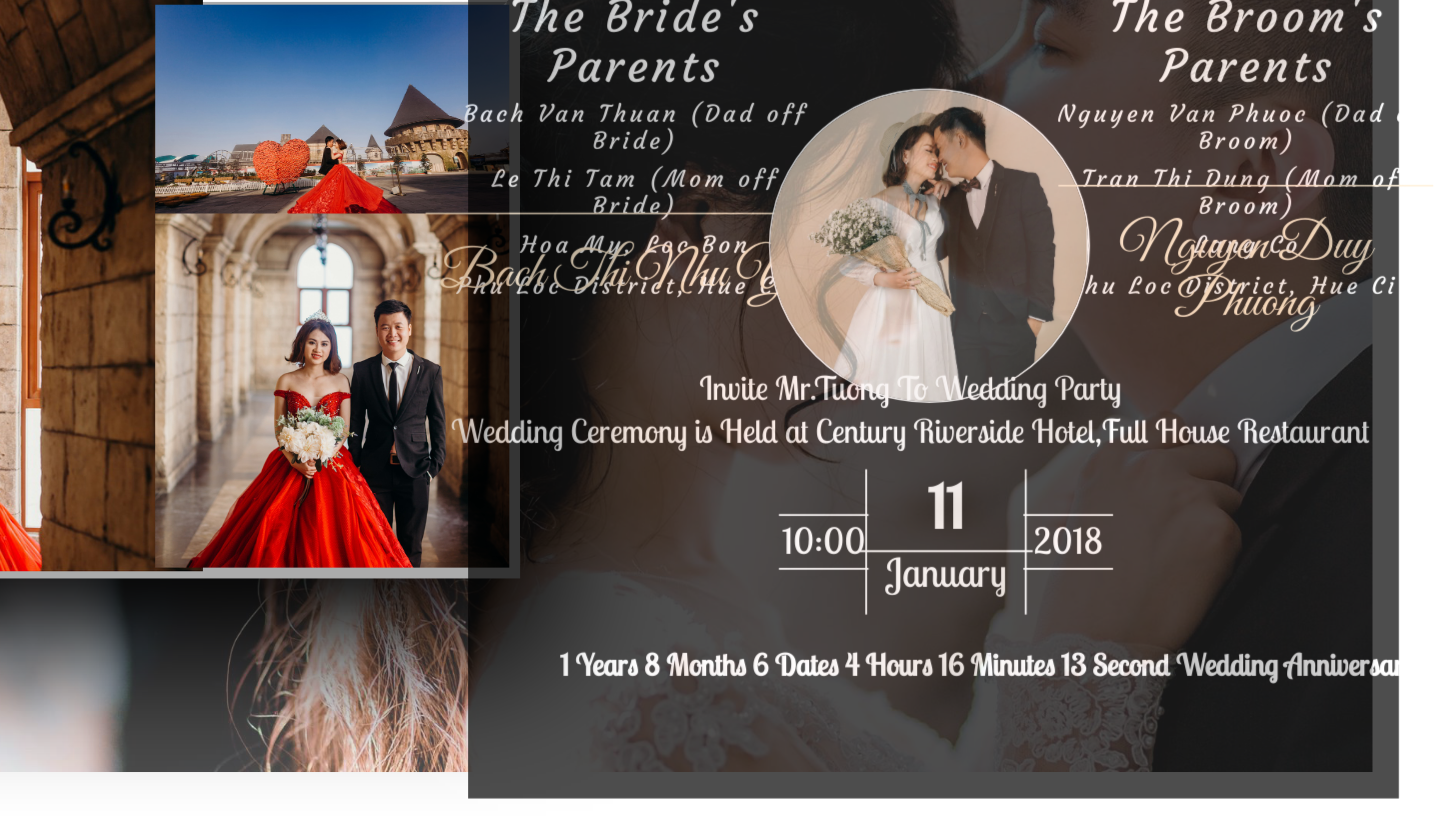
Repository: nguyenhuutuong999/WeddingOfSister
Page: index.html
An editor plug-in stored every save of this project. The page is shown before and after the next save, followed by the edit.
The browser window is 1280 px wide. The page is 1577 px wide, then 1280 px, so the pictures cover 1577 px, including what lies to the right of the window. The pictures show the whole page, at 92% of full size.
Some web fonts or font styles are not loaded; a fallback is used.

Above is the page before, as saved 2019-09-21 09:19:40.

### index.html
<!doctype html>
<html>

<head>
    <meta charset="utf-8">
    <meta name="viewport" content="width=device-width, initial-scale=1">
    <title>Wedding</title>

    <!-- Latest compiled and minified CSS & JS -->

    <link rel="stylesheet" href="./style.css">


    <!-- Latest compiled and minified CSS & JS -->
    <link rel="stylesheet" media="screen" href="//netdna.bootstrapcdn.com/bootstrap/3.3.4/css/bootstrap.min.css">
    <script src="//code.jquery.com/jquery.js"></script>
    <script src="//netdna.bootstrapcdn.com/bootstrap/3.3.4/js/bootstrap.min.js"></script>

    <link rel="stylesheet" href="./animate.css">
    <script type="text/javascript" src="./wow.min.js"></script>
    <script>
        new WOW().init();
    </script>

</head>


<body>
    <div id="container">
        <div id="opacity-background"></div>

        <div id="album">
            <img id="vh" name="image_vh" src="./images/vh1.jpg" class="wow fadeInLeft" data-wow-duration="1s">
            <img id="hh" name="image_hh" src="./images/hh1.jpg" class="wow fadeInRight" data-wow-duration="1s">
            <img id="s" name="image_s" src="./images/s1.jpg" class="wow fadeInUp" data-wow-duration="1s">
        </div>
        <div id="content">
            <h1 id="invite">INTIVE</h1>
            <h2 id="happy">Happy Wedding</h2>
            <div id="infor">
                <div id="bride" class="wedding">
                    <!-- // <label>Le Thi Thanh Ngan</label> -->
                    <h3>The Bride's Parents</h3>
                    <p>Bach Van Thuan (Dad off Bride)</p>
                    <p>Le Thi Tam (Mom off Bride)</p>
                    <p>Hoa My, Loc Bon</p>
                    <p>Phu Loc District, Hue City</p>

                </div>
                <div id="broom" class="wedding">
                    <!--  -->
                    <h3>The Broom's Parents</h3>
                    <p>Nguyen Van Phuoc (Dad off Broom)</p>
                    <p>Tran Thi Dung (Mom off Broom)</p>
                    <p>Lang Co</p>
                    <p>Phu Loc District, Hue City</p>

                </div>
                <!-- <canvas id="myCanvas" width="470" height="300"></canvas> -->

            </div>
            <div id="colorful">
                <h2 style="margin-left: 0px;" class="name">Bach Thi Nhu Y</h2>
                <img id="radius" src="./images/s1.jpg"  />
                <h2 style="margin-left: 0px;" class="name">Nguyen Duy Phuong</h2>
            </div>
            <div id="desc">
                <div style="color: white; position: relative; margin-top: 44%;">Invite Mr.Tuong To Wedding Party</div>
                <div id="place">Wedding Ceremony is Held at Century Riverside Hotel,Full House Restaurant</div>
                <div id="time">
                    <div id="hour" class="border1">10:00</div>
                    <div id="day-month">
                        <div id="day">11</div>
                        <div id="month">January</div>
                    </div>
                    <div id="year" class="border1">2018</div>
                </div>

            </div>
            <p id="countDown"></p>
        </div>

</body>

</html>
<script type="text/javascript">
    window.onload = function () {

        setTimeout("switchImageVH()", 5000);
        setTimeout("switchImageS()", 5000);
        setTimeout("switchImageHH()", 5000);
    }
    var current_vh = 1;
    var current_s = 1;
    var current_hh = 1;
    var num_image = 7;

    function switchImageVH() {
        current_vh++;
        document.images['image_vh'].src = './images/vh' + current_vh + '.jpg';

        if (current_vh < num_image) {
            setTimeout("switchImageVH()", 5000);

        } else if (current_vh == num_image) {

            current_vh = 1;
            setTimeout("switchImageVH()", 5000);
        }


    }
    function switchImageS() {
        current_s++;
        document.images['image_s'].src = './images/s' + current_s + '.jpg';

        if (current_s < num_image) {
            setTimeout("switchImageS()", 5000);

        } else if (current_s == num_image) {
            current_s = 1;
            setTimeout("switchImageS()", 5000);
        }
    }
    function switchImageHH() {
        current_hh++;
        document.images['image_hh'].src = './images/hh' + current_hh + '.jpg';

        if (current_hh < num_image) {
            setTimeout("switchImageHH()", 5000);

        } else if (current_hh == num_image) {
            current_hh = 1;
            setTimeout("switchImageHH()", 5000);
        }
    }

    var dateWedding = {
        year: 2018,
        month: 1,
        date: 11,
        hour: 9,
        minutes: 59,
        second: 59,
    }
    var dateAnniver = {
        year: 2018,
        month: 1,
        date: 11,
        hour: 24,
        minutes: 00,
        second: 00,
    }

    setInterval(function () {
        var today = new Date();

        // will be organization
        if (today.getFullYear() - dateWedding.year < 0) {
            if (today.getMonth() + 1 - dateWedding.month >= 0) {
                if (today.getDate() - dateWedding.date >= 0) {
                    var date = (today.getFullYear() - dateWedding.year + 1) + " Years " + (12 - (today.getMonth() + 1 - dateWedding.month) - 1) + " Months " + (30 - (today.getDate() - dateWedding.date)) + " Dates " + Math.abs((dateWedding.hour - today.getHours())) + " Hours " + Math.abs((today.getMinutes() - dateWedding.minutes)) + " Minutes " + (Math.abs(today.getSeconds() - dateWedding.second) + "Will be Organization");

                }
                else {
                    var date = ((today.getFullYear() - dateWedding.year + 1)) + " Years " + (12 - (today.getMonth() + 1 - dateWedding.month)) + " Months " + Math.abs((today.getDate() - dateWedding.date)) + " Dates " + Math.abs((dateWedding.hour - today.getHours())) + " Hours " + Math.abs((today.getMinutes() - dateWedding.minutes)) + " Minutes " + (Math.abs(today.getSeconds() - dateWedding.second) + " Will be Organization");

                }
            }
        }
        // anniversary
        if (today.getFullYear() - dateAnniver.year > 0) {
            if (today.getMonth() + 1 - dateAnniver.month >= 0) {
                if (today.getDate() - dateAnniver.date >= 0) {
                    var date = (today.getFullYear() - dateAnniver.year) + " Years " + (today.getMonth() + 1 - dateAnniver.month) + " Months " + (today.getDate() - dateAnniver.date) + " Dates " + (dateAnniver.hour - today.getHours()) + " Hours " + (today.getMinutes() - dateAnniver.minutes) + " Minutes " + (today.getSeconds() - dateAnniver.second + " Second Wedding Anniversary");

                } else {
                    var date = ((today.getFullYear() - dateAnniver.year)) + " Years " + (today.getMonth() - dateAnniver.month) + " Months " + (30 + today.getDate() - dateAnniver.date) + " Dates " + (dateAnniver.hour - today.getHours()) + " Hours " + (today.getMinutes() - dateAnniver.minutes) + " Minutes " + (today.getSeconds() - dateAnniver.second + " Second Wedding Anniversary");
                }
            }

            else if (today.getMonth() + 1 - dateAnniver.month < 0) {
                if (today.getDate() - dateAnniver.date < 0) {

                    var date = ((today.getFullYear() - dateAnniver.year) - 1) + " Years " + (12 + (today.getMonth() - dateAnniver.month)) + " Months " + (30 + today.getDate() - dateAnniver.date) + " Dates " + (dateAnniver.hour - today.getHours()) + " Hours " + (today.getMinutes() - dateAnniver.minutes) + " Minutes " + (today.getSeconds() - dateAnniver.second + " Second Wedding Anniversary");

                }
                else {
                    var date = ((today.getFullYear() - dateAnniver.year) - 1) + " Years " + (12 + (today.getMonth() - dateAnniver.month + 1)) + " Months " + (today.getDate() - dateAnniver.date) + " Dates " + (dateAnniver.hour - today.getHours()) + " Hours " + (today.getMinutes() - dateAnniver.minutes) + " Minutes " + (today.getSeconds() - dateAnniver.second + " Second Wedding Anniversary");
                    console.log("a")
                }
            }
        }

        if (today.getFullYear() - dateAnniver.year === 0) {
            if (today.getMonth() + 1 - dateAnniver.month >= 0) {
                if (today.getDate() - dateAnniver.date >= 0) {
                    var date = (today.getMonth() + 1 - dateAnniver.month) + " Months " + (today.getDate() - dateAnniver.date) + " Dates " + (dateAnniver.hour - today.getHours()) + " Hours " + (today.getMinutes() - dateAnniver.minutes) + " Minutes " + (today.getSeconds() - dateAnniver.second + " Second Wedding Anniversary");

                } else {

                    var date =(today.getMonth() - dateAnniver.month) + " Months " + (30 + today.getDate() - dateAnniver.date) + " Dates " + (dateAnniver.hour - today.getHours()) + " Hours " + (today.getMinutes() - dateAnniver.minutes) + " Minutes " + (today.getSeconds() - dateAnniver.second + " Second Wedding Anniversary");
                }
            }
            else if (today.getMonth() + 1 - dateAnniver.month < 0) {
                if (today.getDate() - dateAnniver.date < 0) {
                    var date =(Math.abs((today.getMonth()+1 - dateAnniver.month))) + " Months " + Math.abs((today.getDate() - dateAnniver.date)) + " Dates " + (dateAnniver.hour - today.getHours()) + " Hours " + (today.getMinutes() - dateAnniver.minutes) + " Minutes " + (today.getSeconds() - dateAnniver.second + " Will be Organization");
                }
                else {
                    var date =(Math.abs((today.getMonth()+1 - dateAnniver.month)))-1 + " Months " + (30-(today.getDate() - dateAnniver.date)) + " Dates " + (dateAnniver.hour - today.getHours()) + " Hours " + (today.getMinutes() - dateAnniver.minutes) + " Minutes " + (today.getSeconds() - dateAnniver.second + " Will be Organization");
                    console.log("a")
                }
            }
        }

        document.getElementById("countDown").innerHTML = date;
    }, 1000);



    // var canvas = document.getElementById('myCanvas');
    // var context = canvas.getContext('2d');

    // // Xác đinh tâm là trọng tâm của Canvas
    // var x = canvas.width / 2;
    // var y = canvas.height / 2;

    // // bán kính 75px
    // var radius = 130;

    // // Góc bắt đầu là 1.1PI
    // var startAngle = 1.1 * Math.PI;

    // // Góc kết thúc là 1.9PI
    // var endAngle = 1.9 * Math.PI;

    // // Cùng chiều kim đồng hồ
    // var counterClockwise = false;

    // // Vẽ đường cung
    // context.beginPath();
    // context.arc(x, y, radius, startAngle, endAngle, counterClockwise);
    // context.lineWidth = 1.5;

    // // line color
    // context.strokeStyle = 'blanchedalmond';
    // context.stroke();


</script>

### style.css
@import url('https://fonts.googleapis.com/css?family=Great+Vibes&display=swap');
@import url('https://fonts.googleapis.com/css?family=Cookie&display=swap');
@import url('https://fonts.googleapis.com/css?family=Courgette&display=swap');
@import url('https://fonts.googleapis.com/css?family=Berkshire+Swash|Great+Vibes&display=swap');
@import url('https://fonts.googleapis.com/css?family=Lobster+Two&display=swap');
body,html{
    top:0;
    margin: 0;
    padding: 0;
    font-family: Impact, Haettenschweiler, 'Arial Narrow Bold', sans-serif;
    width: 100%;
    height: 100%;
}
* {
    transform: scale(1.1, 1.1)
    }
#container{
    display: flex;
    background-image: url("./images/wedding6.jpg.png");
    background-repeat: repeat;
    background-size: cover;
    width: 100%;
    height: 100%;
    position: relative;
}
#opacity-background{

    position: absolute;
    top: 0;
    left: 0;
    width: 100%;
    height: 100%;
    background:white;
    opacity: 0.3;

}

#content{

    position: relative;
    background: rgb(0, 0, 0);
    opacity: 0.7;
    width: 59%;
    float: left;
    margin: 1% 1% 1% 45%;

}
#album {
    margin: 8% 1.5% 0 1.5%;
    width: 42%;
    position: absolute;
    box-shadow: 10px 50px 100px 10px black;
    border: 20px ridge #ffffff;
}

#vh{
    width: 54%;
    position: absolute;

}
#hh{
    width: 48%;
    margin-left: 52%;

}
#s{
    width: 48%;
    margin-left: 52%;

}


#invite{
    font-family: 'Berkshire Swash', cursive;
    color: pink;
    text-align: center;
    font-size: 40px;
    margin-top: 1%;
}
#happy{
    font-family: 'Berkshire Swash', cursive;
    color: pink;
    text-align: center;
    margin-top: 1%;
}
#infor{
    color: white;
    font-family: 'Courgette', cursive;
    font-size: 13px;
    display: flex;
    position: absolute;
    padding: 2% 4%;
    width: 100%;
}
.wedding{
    width: calc(100%/2);
    letter-spacing: 2px;
    text-align: center;
    line-height: 15px;
    margin-top: -20px
}
.wedding h3{
    font-size: 25px;
}
#colorful{
    color: white;
    font-family: 'Great Vibes', cursive;
    display: flex;
    margin-top: 0px;
    position: absolute;
    text-align: center;
    width: 95%;
    align-items: center;
    margin-top: 12%;
    margin-left: 2%;

}
.name{
    border-style: solid;
    border-width: 1px 0 0 0;
    padding:  20px 0;
    margin-top: 50px;
    color: blanchedalmond;
    width: 35%;
    font-size: 32px;
}
#radius{
    border-radius: 100%;
    border: solid 1.5px white;
    width: 30%;
}

#desc{
    position: relative;
    color: white;
    font-family: 'Lobster Two', cursive;
    font-size: 20px;
    margin-top: 00%;
    text-align: center;
    width: 95%;
}



#time{
    display: flex;
    position: relative;
    width: 40%;
    margin-left: 38%;
}
#hour{
    margin: 45px 5px;
}

#year{

    margin: 45px 5px;
}
.border1{
    border-style: solid;
    border-width: 0.1px 0;
    width: 50px;
}
#day-month{
    border-style: solid;
    border-width: 0 1.5px;
    width: 90px;
    margin: 20px 0;
}
#day{
    border-style: solid;
    border-width: 0 0 1px 0;
    width: 100%;

    font-size: 30px;
    font-weight: bold;
}
/* #myCanvas{
    position: absolute;
    margin-top: 110px;
    margin-left: 185px;


} */

#bride{
    margin-left: 10px;
}
#broom{
    margin-left: 200px;
}
#countDown{
    position: relative;
    font-family: 'Lobster Two', cursive;
    color: white;
    text-align: right;
    font-size: 20px;
    font-weight: bold;
    margin-top: 0%;

    padding: 20px;
}

@media only screen and (max-width: 600px) {

    #container{
        display: inline-block;
        background-image: url("./images/wedding5.jpg");
        background-repeat: repeat;
        background-size: cover;
        width: 100%;
        height: 100%;
        position: relative;
    }
    #invite{

        margin-top: 0px;
        padding: 5px;
        font-size: 1em;
    }
    #happy{
        font-size: 0.8em;
        margin-top: -10px;
    }
    #infor{
        margin-top: -30px;
        font-size: 5px;
        padding: 5px 10px;
    }
    .wedding h3{
        font-size: 10px;
    }
    .wedding{
        width: calc(100%);
        letter-spacing: 0.5px;
        font-size: 6px;
        line-height: 0.5px;
    }

    #bride{
        margin-left: 0px;
    }
    #broom{
        margin-left: 70px;
    }
    #colorful{
        width: 95%;
        margin-top: 5%;
        margin-left: 2%;

    }
    .name{
        padding:  10px 0;
        font-size: 12px;
    }
    #radius{
        border: solid 0.5px white;
    }

    #desc{
        position: relative;
        color: white;
        font-family: 'Lobster Two', cursive;
        font-size: 10px;
        margin-top: 30%;
        text-align: center;
        width: 95%;
    }

    #time{
        display: flex;
        position: relative;
        width: 40%;
        margin-left: 35%;
        margin-top: -30px;
        font-size: 7px;
    }
    #hour{
        margin: 45px 5px;
        width: 20%;
    }

    #year{
        width: 20%;
        margin: 45px 5px;
    }

    #day-month{
        border-width: 0 1px;
        width: 40px;
        margin: 35px 0;
    }
    #day{
        width: 100%;
        font-size: 10px;

    }
    #countDown{

        font-size: 8px;
        margin-top: -5%;
    padding: 5px;

    }
    #content{

        position: relative;
        background: rgb(0, 0, 0);
        opacity: 0.7;
        width: 92%;
        margin: 4%;

    }
    #album {
        margin: 4%;
        width: 92%;
        position: absolute;
        margin-top: 85%;
        box-shadow: 10px 50px 100px 10px black;
        border: 15px ridge #ffffff;
    }

    #vh{
        width: 53%;

        position: absolute;

    }
    #hh{
        width: 48%;

        margin-left: 52%;

    }
    #s{
        width: 48%;
        margin-left: 52%;

    }


  }

  @media only screen and (min-width: 1800px) {

    #container{
        display: flex;
        background-image: url("./images/wedding6.jpg.png");
        background-repeat: repeat;
        background-size: cover;
        width: 100%;
        height: 100%;
        position: relative;
    }
    #opacity-background{

        position: absolute;
        top: 0;
        left: 0;
        width: 100%;
        height: 100%;
        background:white;
        opacity: 0.3;

    }

    #content{

        position: relative;
        background: rgb(0, 0, 0);
        opacity: 0.7;
        width: 59%;
        float: left;
        margin: 1% 1% 1% 45%;

    }
    #album {
        margin: 8% 1.5% 0 1.5%;
        width: 42%;
        position: absolute;
        box-shadow: 10px 50px 100px 10px black;
        border: 20px ridge #ffffff;
    }

    #vh{
        width: 54%;
        position: absolute;

    }
    #hh{
        width: 48%;
        margin-left: 52%;

    }
    #s{
        width: 48%;
        margin-left: 52%;

    }


    #invite{
        font-family: 'Berkshire Swash', cursive;
        color: pink;
        text-align: center;
        font-size: 70px;
    }
    #happy{
        font-family: 'Berkshire Swash', cursive;
        color: pink;
        text-align: center;
        font-size: 50px;
    }
    #infor{
        color: white;
        font-family: 'Courgette', cursive;
        font-size: 18px;
        display: flex;
        position: absolute;
        padding: 2% 4%;
        width: 100%;
    }
    .wedding{
        width: calc(100%/2);
        letter-spacing: 2px;
        text-align: center;
        line-height: 25px;
    }
    .wedding h3{
        font-size: 30px;
    }
    #colorful{
        color: white;
        font-family: 'Great Vibes', cursive;
        display: flex;
        margin-top: 0px;
        position: absolute;
        text-align: center;
        width: 95%;
        align-items: center;
        margin-top: 13%;
        margin-left: 2%;

    }
    .name{
        border-style: solid;
        border-width: 1px 0 0 0;
        padding:  20px 0;
        margin-top: 50px;
        color: blanchedalmond;
        width: 35%;
        font-size: 35px;
    }
    #radius{
        border-radius: 100%;
        border: solid 1.5px white;
        width: 30%;
    }

    #desc{
        position: relative;
        color: white;
        font-family: 'Lobster Two', cursive;
        font-size: 30px;
        margin-top: 00%;
        text-align: center;
        width: 95%;
    }



    #time{
        display: flex;
        position: relative;
        width: 50%;
        margin-left: 35%;
    }
    #hour{
        width:80px;
        margin: 80px 15px;
    }

    #year{
        width:80px;
        margin: 80px 5px;
    }

    #day-month{
        border-style: solid;
        border-width: 0 1.5px;
        width: 27%;
        margin: 30px 0;
    }
    #day{
        border-style: solid;
        border-width: 0 0 1px 0;
        width: 100%;
        font-size: 60px;
        font-weight: bold;
    }
    /* #myCanvas{
        position: absolute;
        margin-top: 110px;
        margin-left: 185px;


    } */

    #bride{
        margin-left: 10px;
    }
    #broom{
        margin-left: 200px;
    }
    #countDown{
        position: relative;
        font-family: 'Lobster Two', cursive;
        color: white;
        text-align: right;
        font-size: 20px;
        font-weight: bold;
        margin-top: 0%;
        font-style: italic;
        padding: 20px;
    }


  }

Loaded but not shown: animate.css (library); wow.min.js (library)

After the next save:
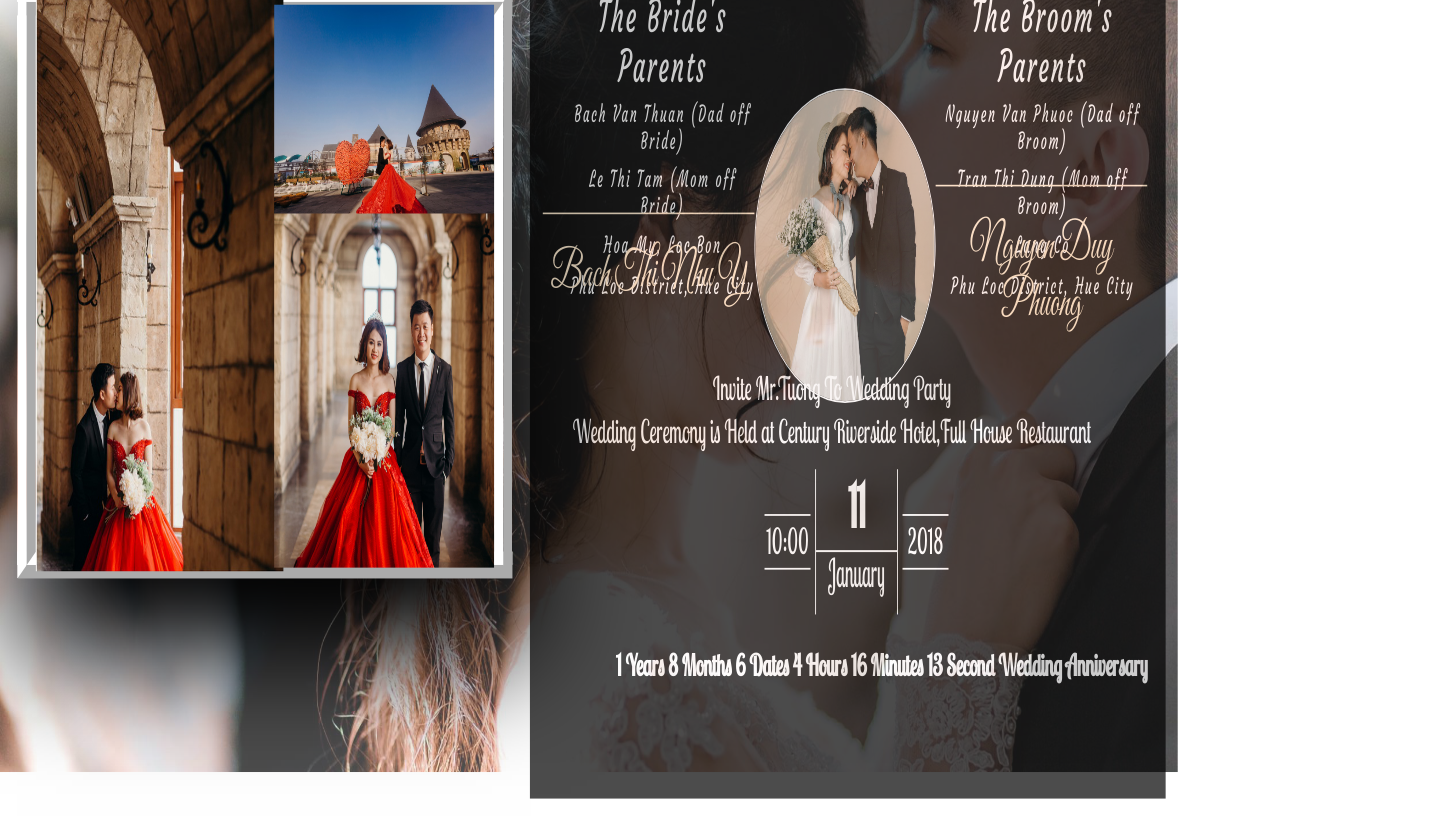
Saved 14 s later.
--- a/style.css
+++ b/style.css
@@ -12,7 +12,7 @@ body,html{
     height: 100%;
 }
 * {
-    transform: scale(1.1, 1.1)
+    transform: scale(1.0, 1.1)
     }
 #container{
     display: flex;
